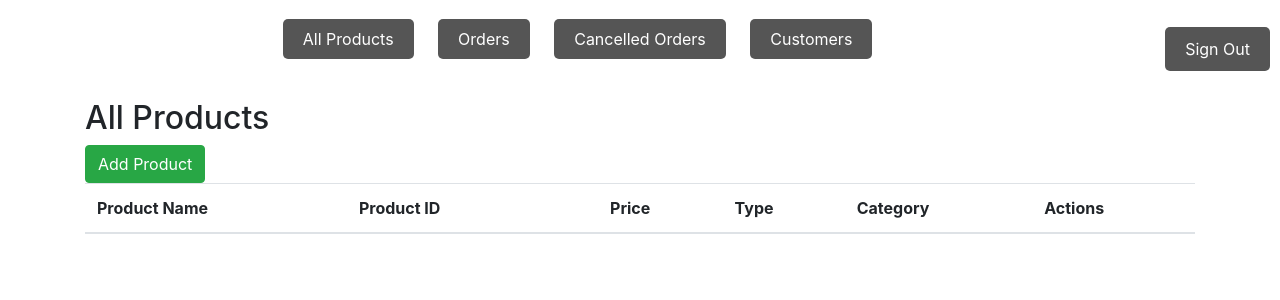
Repository: navaneethaenjam/flask-shop-ease
Page: http://localhost/all_products
An editor plug-in stored every save of this project. The page is shown before and after the next save, followed by the edit.
The browser window is 1280 px wide. The pictures show the whole page.
The page is served by the project's application, run on Flask 3 (app.py). Queries for data that is not in the repository find no rows.

Above is the page before, as saved 2024-05-02 09:28:13.

After the next save:
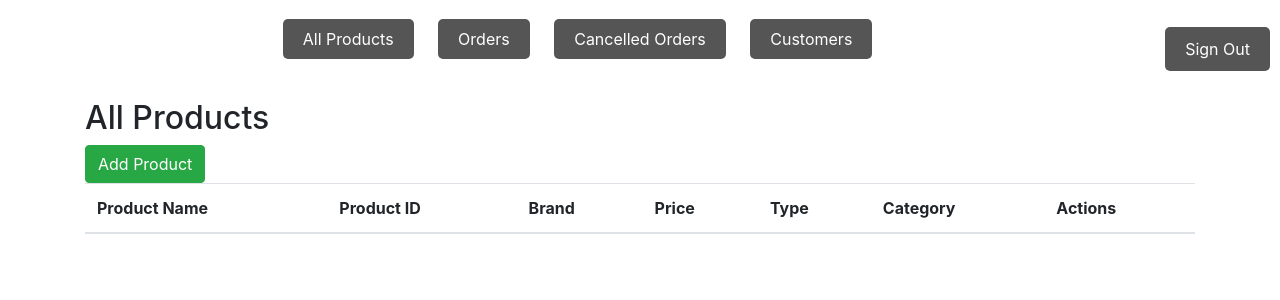
Saved 22 s later.
--- a/templates/all_products.html
+++ b/templates/all_products.html
@@ -67,7 +67,7 @@
                 <tr>
                     <th>Product Name</th>
                     <th>Product ID</th>
-                    <th>
+                    <th>Brand</th>
                     <th>Price</th>
                     <th>Type</th>
                     <th>Category</th>
